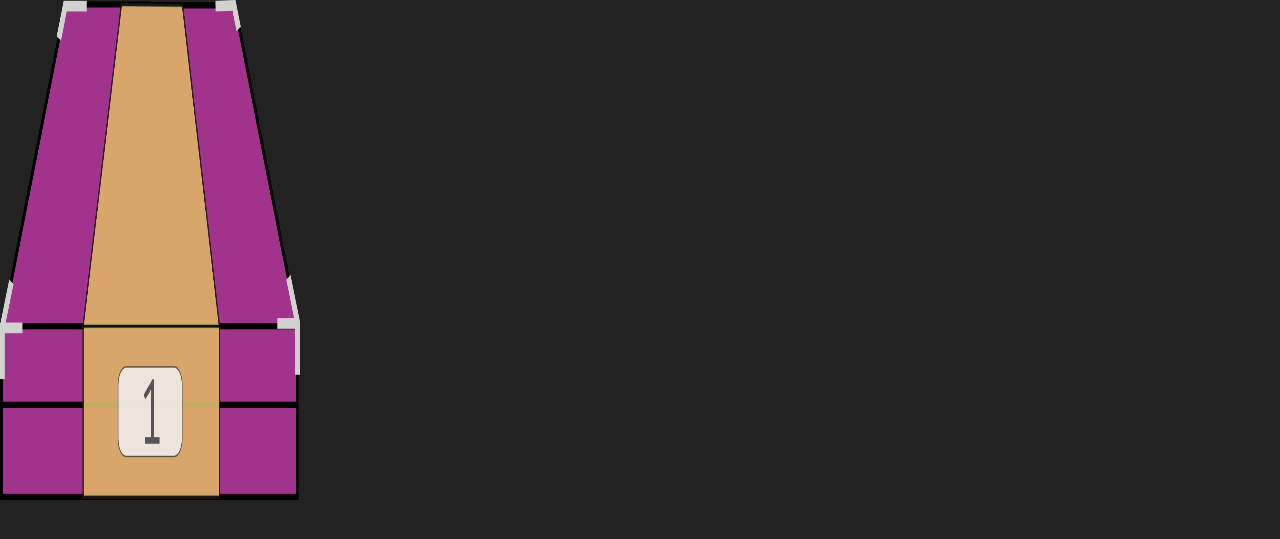
Repository: elnacp/Deal_or_no_deal
Page: DealOrNoDeal/index.html
An editor plug-in stored every save of this project. The page is shown before and after the next save, followed by the edit.
The browser window is 1280 px wide. The pictures show the whole page.

Above is the page before, as saved 2017-11-25 21:26:57.

After the next save:
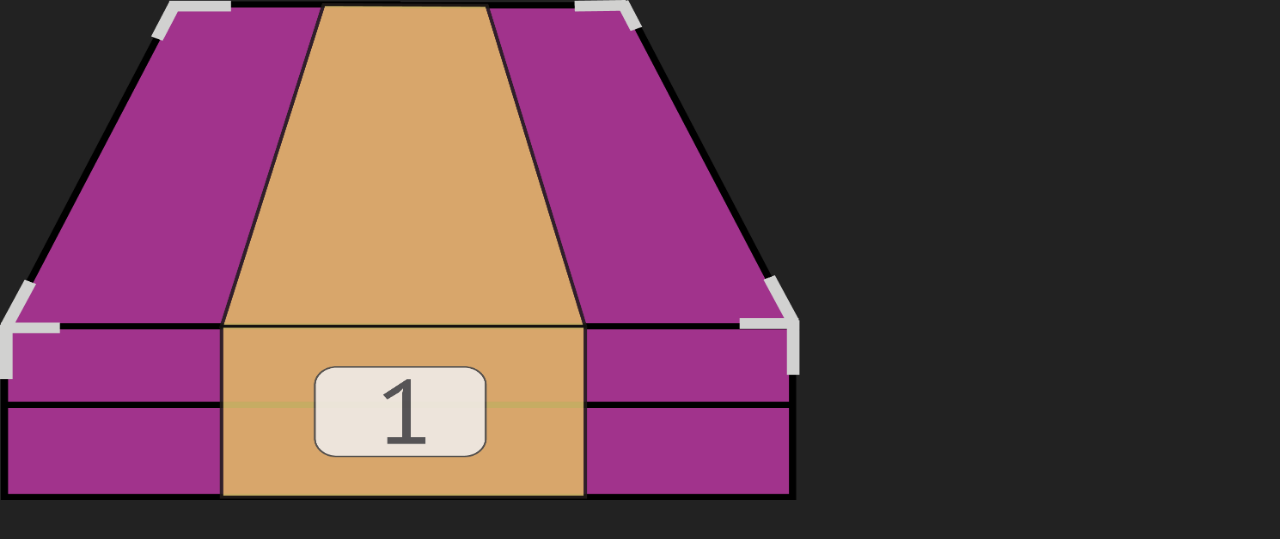
Saved 27 s later.
--- a/DealOrNoDeal/css/style.css
+++ b/DealOrNoDeal/css/style.css
@@ -23,6 +23,6 @@ body {
 }
 
 #image{
-	width:300px;
+	width:800px;
 	height:500px;
 }
